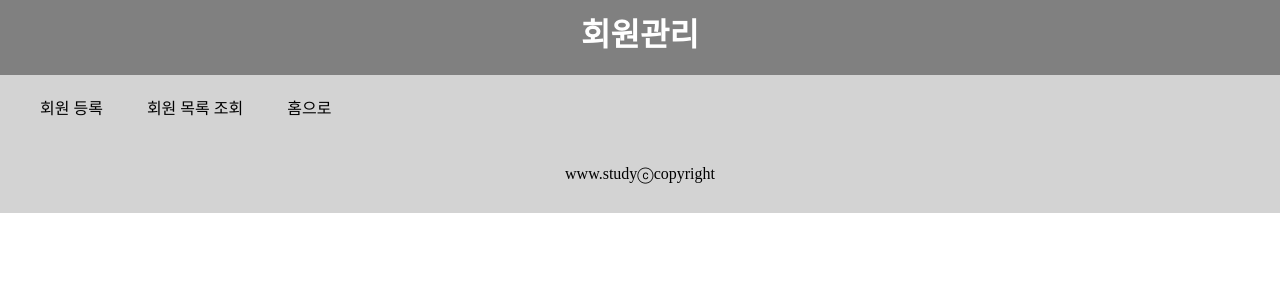
Repository: jieun000/Craftsman_Information_Processing
Page: http://localhost/00_study/memberForm.jsp
These files come from the project's save history. The page is drawn as it stood at one moment and after the next save; the edit follows.
The browser window is 1280 px wide. The pictures show the whole page.
The page is served by Tomcat 9. Other server files are loaded and not shown.

Above is the page before, as saved 2023-07-02 13:56:38.

### 00_study/WebContent/memberForm.jsp
<%@ page language="java" contentType="text/html; charset=UTF-8"
    pageEncoding="UTF-8"%>

<%@ include file="header.jsp" %>
<!DOCTYPE html>
<html>
<head>
<meta charset="UTF-8">
<title>Insert title here</title>
</head>
<body>



</body>
<%@ include file="footer.jsp" %>
</html>

### 00_study/WebContent/header.jsp
<%@ page language="java" contentType="text/html; charset=UTF-8"
    pageEncoding="UTF-8"%>
<!DOCTYPE html>
<html>
<head>
<meta charset="UTF-8">
<title>Insert title here</title>
<style>
	* {
		margin: 0px;
		padding: 0px;
	}
	header {
		width: 100%;
		height: 75px;
		background: gray;
		color: white;
		text-align: center;
		line-height: 70px;
	}
	nav {
		height: 20px;
		background: lightgray;
		padding: 20px;
	}
	a {
		text-decoration: none;
		color: black;
		padding:20px;
	}
</style>
</head>
<body>
	<header>
		<h1>회원관리</h1>
	</header>
	<nav>
		<a href="">회원 등록</a>
		<a href="">회원 목록 조회</a>
		<a href="">홈으로</a>
	</nav>
</body>
</html>

### 00_study/WebContent/footer.jsp
<%@ page language="java" contentType="text/html; charset=UTF-8"
    pageEncoding="UTF-8"%>
<!DOCTYPE html>
<html>
<head>
<meta charset="UTF-8">
<title>Insert title here</title>
</head>
<body>
	<footer style="padding: 30px; text-align: center; background: lightgray;">
		www.studyⓒcopyright
	</footer>
</body>
</html>

After the next save:
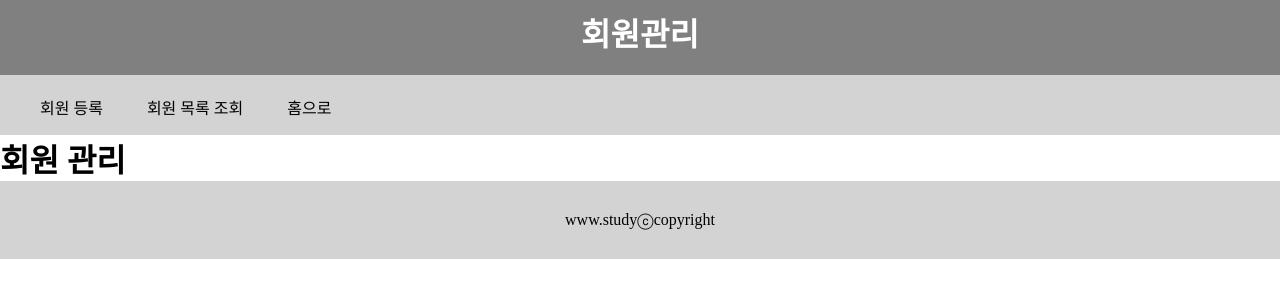
Saved 45 s later.
--- a/00_study/WebContent/memberForm.jsp
+++ b/00_study/WebContent/memberForm.jsp
@@ -9,7 +9,7 @@
 <title>Insert title here</title>
 </head>
 <body>
-
+	<h1>회원 관리</h1>
 
 
 </body>
